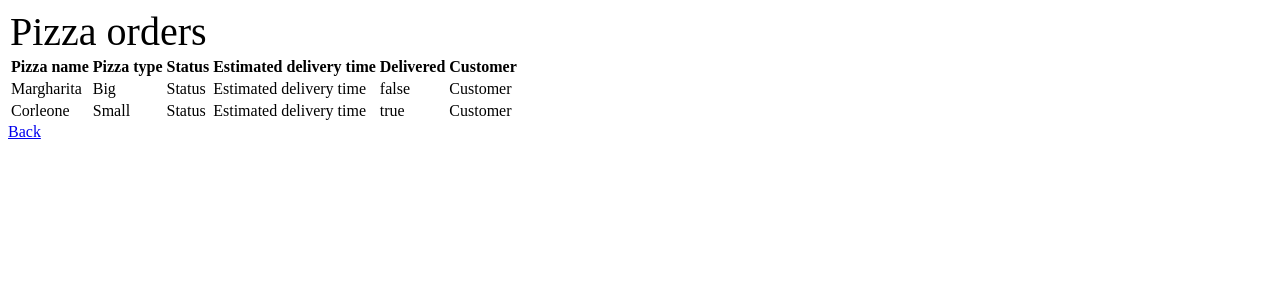
Repository: lukas77pro/html_css_js
Page: html/Test/WebContent/Tabela.html
An editor plug-in stored every save of this project. The page is shown before and after the next save, followed by the edit.
The browser window is 1280 px wide. The pictures show the whole page.

Above is the page before, as saved 2015-07-10 13:08:55.

After the next save:
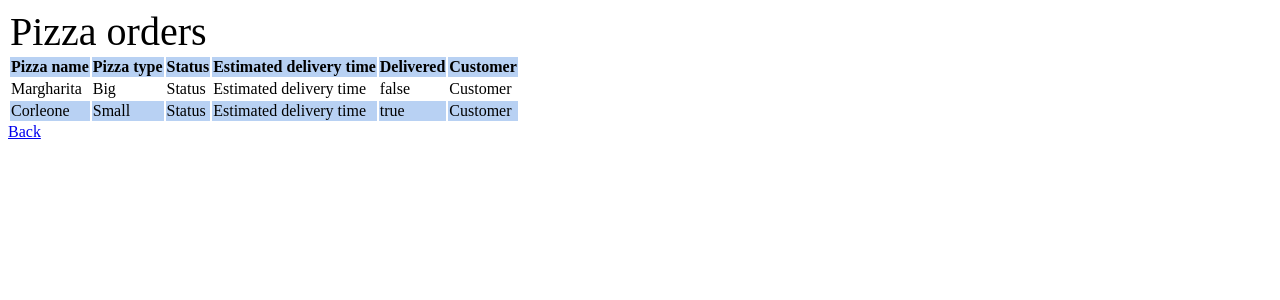
Saved 49 s later.
--- a/html/Test/WebContent/Styl.css
+++ b/html/Test/WebContent/Styl.css
@@ -22,3 +22,11 @@
     tr:nth-child(odd)		{ background-color:#eee; }
 	tr:nth-child(even)		{ background-color:#fff; }
 } */
+
+table tr:nth-child(odd){
+		background: #b8d1f3;
+	}
+	/*  Define the background color for all the EVEN background rows  */
+	.TFtable tr:nth-child(even){
+		background: #dae5f4;
+	}
